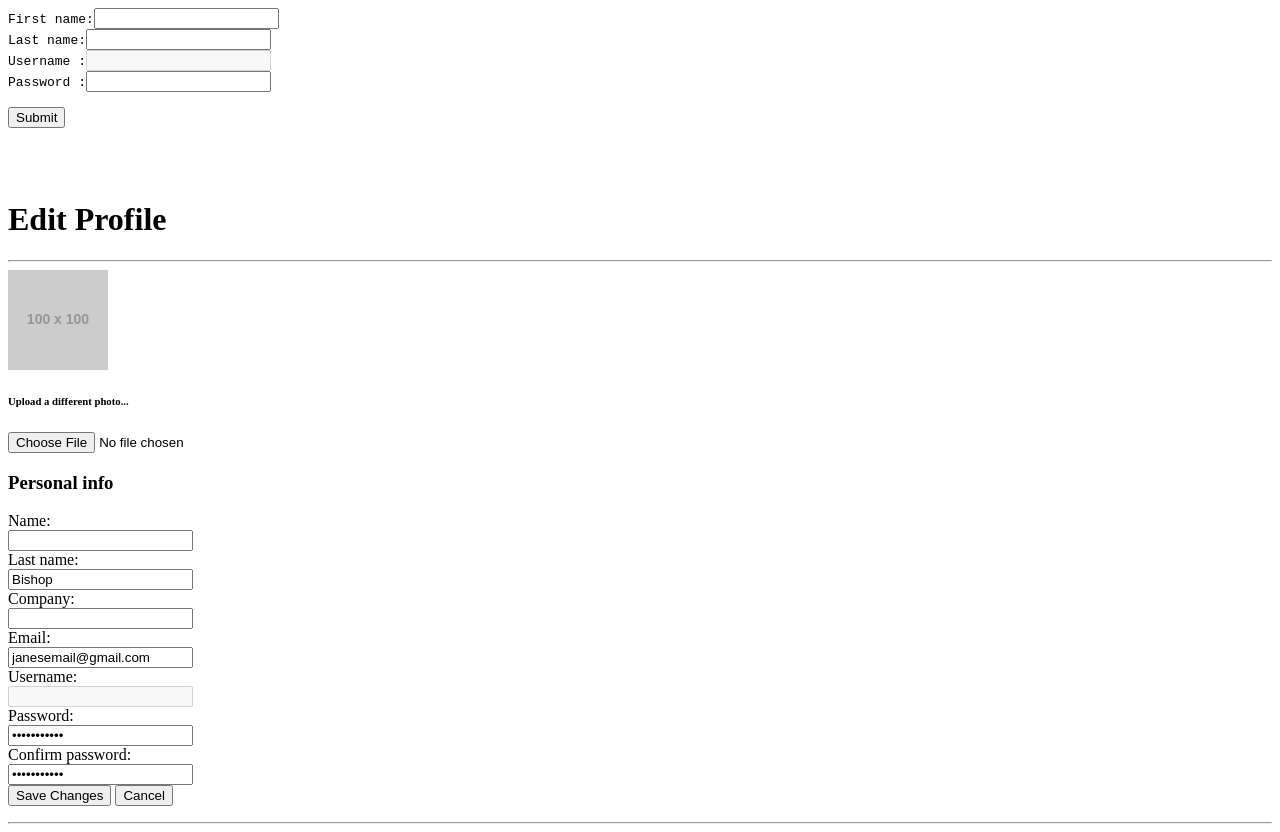
Repository: aneishkumar/AngularJS-Application
Page: Angularjs-Application-march30th/project2/WebContent/updateuser.html
An editor plug-in stored every save of this project. The page is shown before and after the next save, followed by the edit.
The browser window is 1280 px wide. The pictures show the whole page.

Above is the page before, as saved 2018-03-29 11:25:57.

After the next save:
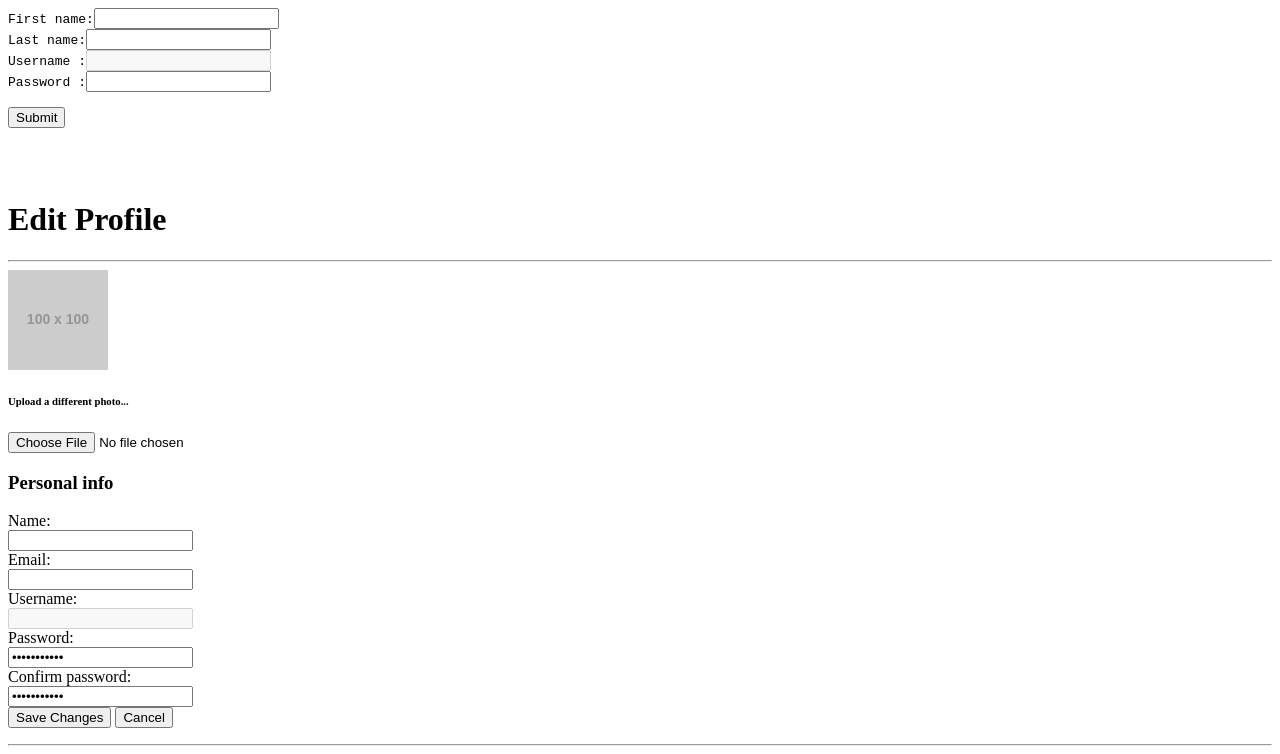
Saved 3 min 22 s later.
--- a/Angularjs-Application-march30th/project2/WebContent/updateuser.html
+++ b/Angularjs-Application-march30th/project2/WebContent/updateuser.html
@@ -36,22 +36,11 @@ Password :<input type="password" ng-model="user.password">
               <input class="form-control" type="text" ng-model="user.name">
             </div>
           </div>
-          <div class="form-group">
-            <label class="col-lg-3 control-label">Last name:</label>
-            <div class="col-lg-8">
-              <input class="form-control" type="text" value="Bishop">
-            </div>
-          </div>
-          <div class="form-group">
-            <label class="col-lg-3 control-label">Company:</label>
-            <div class="col-lg-8">
-              <input class="form-control" type="text" value="">
-            </div>
-          </div>
+
           <div class="form-group">
             <label class="col-lg-3 control-label">Email:</label>
             <div class="col-lg-8">
-              <input class="form-control" type="text" value="janesemail@gmail.com">
+              <input class="form-control" type="text" ng-model="user.emailid">
             </div>
           </div>
 
